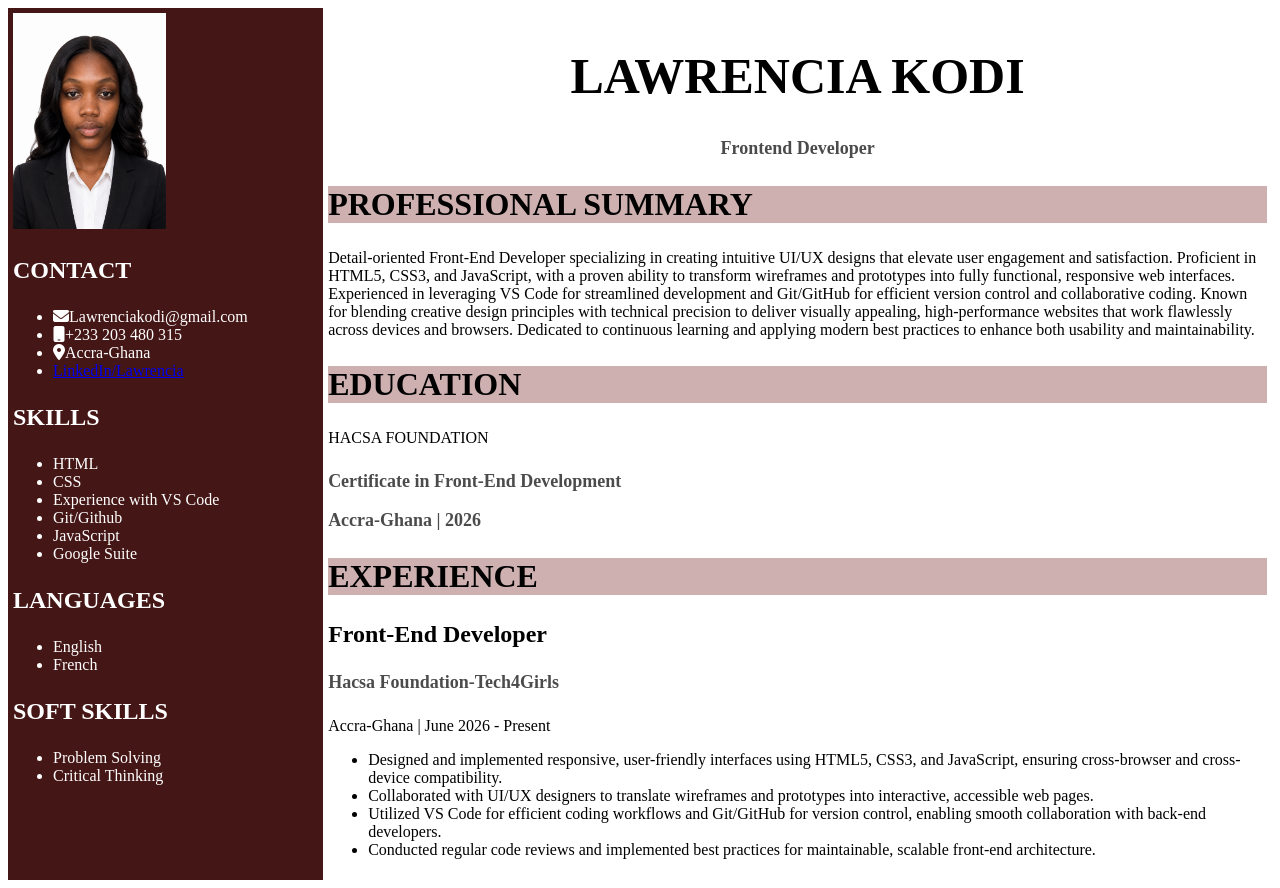
Repository: lawrencia-coder/T4G_CV
Page: index.html
The author's editor kept a copy of each file at every save. The page is drawn from the files as they stood at one save, then again after the next save.
The browser window is 1280 px wide. The pictures show the whole page.
Some icons come from a web library that is not loaded, so they are not drawn. Some web libraries are served in a nearby version.

Above is the page before, as saved 2026-07-15 08:07:18.

After the next save:
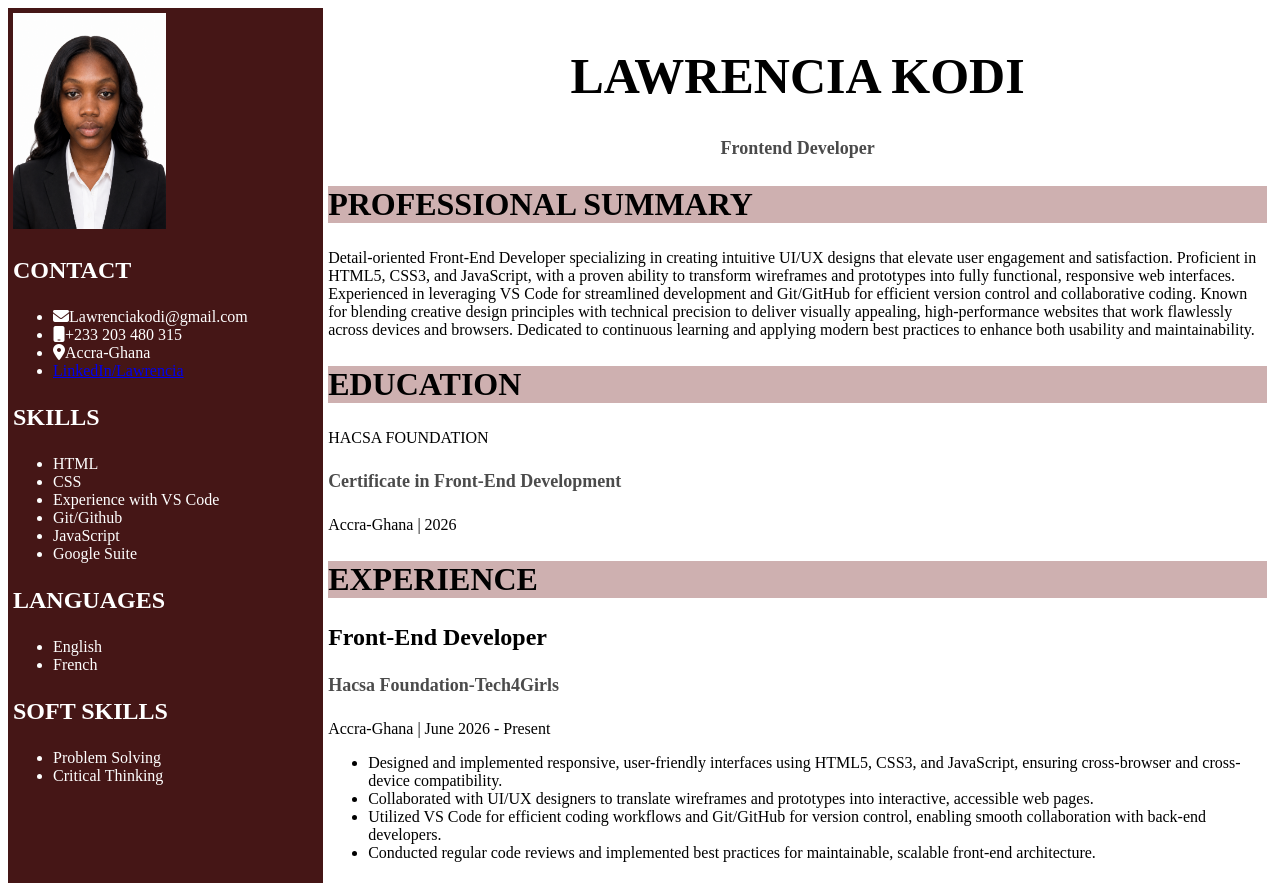
Saved 4 s later.
--- a/index.html
+++ b/index.html
@@ -63,7 +63,7 @@
 
                 <h2>EDUCATION</h2>
                 <p>HACSA FOUNDATION</p>
-                <h4>Certificate in Front-End Development</p>
+                <h4>Certificate in Front-End Development</h4>
                 <p>Accra-Ghana   |   2026</p>
 
                 <h2>EXPERIENCE</h2>
